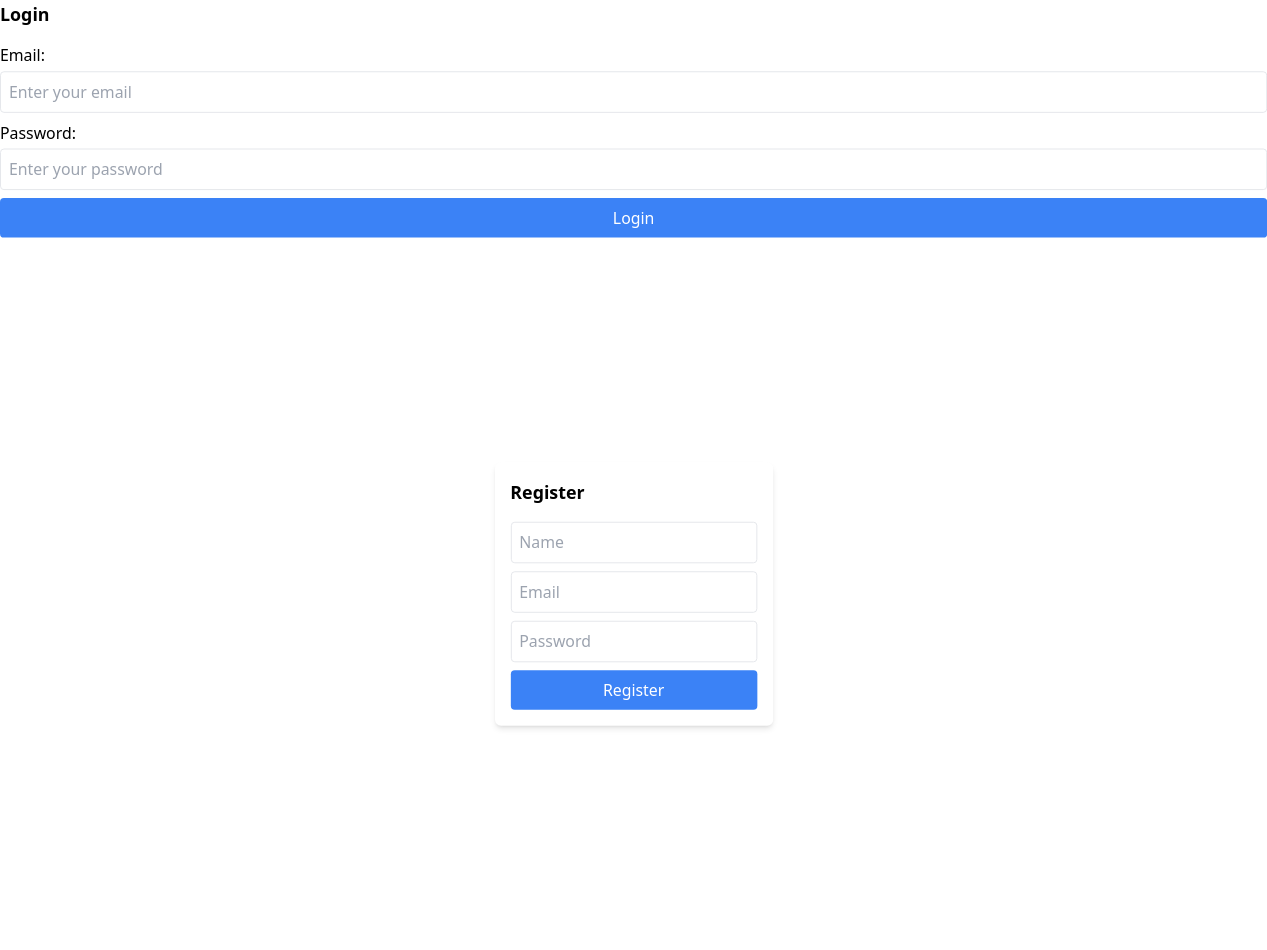
Repository: Ousman37/user-management-app
Page: /register (app in user-management-frontend/)
These files come from the project's save history. The page is drawn as it stood at one moment and after the next save; the edit follows.
The browser window is 1280 px wide. The pictures show the whole page, at 99% of full size.
The project was rebuilt for these pictures with package versions that can differ from the ones it lists, and the page was loaded fresh each time. Also part of the build but not shown: user-management-frontend/webpack.config.js, user-management-frontend/src/components/form/Login.jsx, user-management-frontend/src/components/ProtectedPage.jsx.

Above is the page before, as saved 2024-08-25 11:06:41.

### user-management-frontend/src/App.js
import React from "react";
import { Routes, Route } from "react-router-dom";
import Login from "./components/form/Login";
import Register from "./components/form/Register";
import ProtectedPage from "./components/ProtectedPage";
import Navbar from "./components/navigation/Navbar";

function App() {
  return (
    <>
      <Navbar />
      <Routes>
        <Route path="/login" element={<Login />} />
        <Route path="/register" element={<Register />} />
        <Route path="/protected" element={<ProtectedPage />} />
      </Routes>
    </>
  );
}

export default App;

### user-management-frontend/src/components/form/Register.jsx
import React, { useState } from "react";
import { useNavigate } from "react-router-dom";
import axios from "axios";

function Register() {
  const [name, setName] = useState("");
  const [email, setEmail] = useState("");
  const [password, setPassword] = useState("");
  const [error, setError] = useState("");
  const navigate = useNavigate();

  const handleSubmit = async (e) => {
    e.preventDefault();
    try {
      await axios.post("http://localhost:9000/api/register", {
        name,
        email,
        password,
      });
      navigate("/login");
    } catch (error) {
      setError("Error in registration");
    }
  };

  return (
    <div className="min-h-screen flex items-center justify-center">
      <form
        onSubmit={handleSubmit}
        className="p-4 shadow-md rounded-md bg-white"
      >
        <h2 className="text-lg font-bold mb-4">Register</h2>
        <div>
          <input
            type="text"
            placeholder="Name"
            value={name}
            onChange={(e) => setName(e.target.value)}
            className="block border rounded p-2 mb-2 w-full"
          />
          <input
            type="email"
            placeholder="Email"
            value={email}
            onChange={(e) => setEmail(e.target.value)}
            className="block border rounded p-2 mb-2 w-full"
          />
          <input
            type="password"
            placeholder="Password"
            value={password}
            onChange={(e) => setPassword(e.target.value)}
            className="block border rounded p-2 mb-2 w-full"
          />
          {error && <p className="text-red-500">{error}</p>}
          <button
            type="submit"
            className="bg-blue-500 text-white p-2 rounded w-full"
          >
            Register
          </button>
        </div>
      </form>
    </div>
  );
}

export default Register;

### user-management-frontend/src/components/navigation/Navbar.jsx
import React, { useState } from "react";
import { useNavigate } from "react-router-dom";
import axios from "axios";

function Login({ onClose }) {
  const [email, setEmail] = useState("");
  const [password, setPassword] = useState("");
  const [error, setError] = useState("");
  const navigate = useNavigate();

  const handleSubmit = async (e) => {
    e.preventDefault();
    try {
      const response = await axios.post("http://localhost:9000/api/login", {
        email,
        password,
      });
      localStorage.setItem("token", response.data.token);
      navigate("/protected");
      onClose(); // Close the modal on successful login
    } catch (error) {
      setError("Invalid email or password");
    }
  };

  return (
    <div>
      <h2 className="text-lg font-bold mb-4">Login</h2>
      <form onSubmit={handleSubmit}>
        <label htmlFor="email" className="block font-medium mb-1">
          Email:
        </label>
        <input
          type="email"
          id="email"
          placeholder="Enter your email"
          value={email}
          onChange={(e) => setEmail(e.target.value)}
          className="block border rounded p-2 mb-2 w-full"
        />
        <label htmlFor="password" className="block font-medium mb-1">
          Password:
        </label>
        <input
          type="password"
          id="password"
          placeholder="Enter your password"
          value={password}
          onChange={(e) => setPassword(e.target.value)}
          className="block border rounded p-2 mb-2 w-full"
        />
        {error && <p className="text-red-500">{error}</p>}
        <button
          type="submit"
          className="bg-blue-500 text-white p-2 rounded w-full"
        >
          Login
        </button>
      </form>
    </div>
  );
}

export default Login;

Loaded but not shown: user-management-frontend/public/index.html (common file); user-management-frontend/src/index.js (common file); user-management-frontend/src/index.css (common file); user-management-frontend/tailwind.config.js (common file)

After the next save:
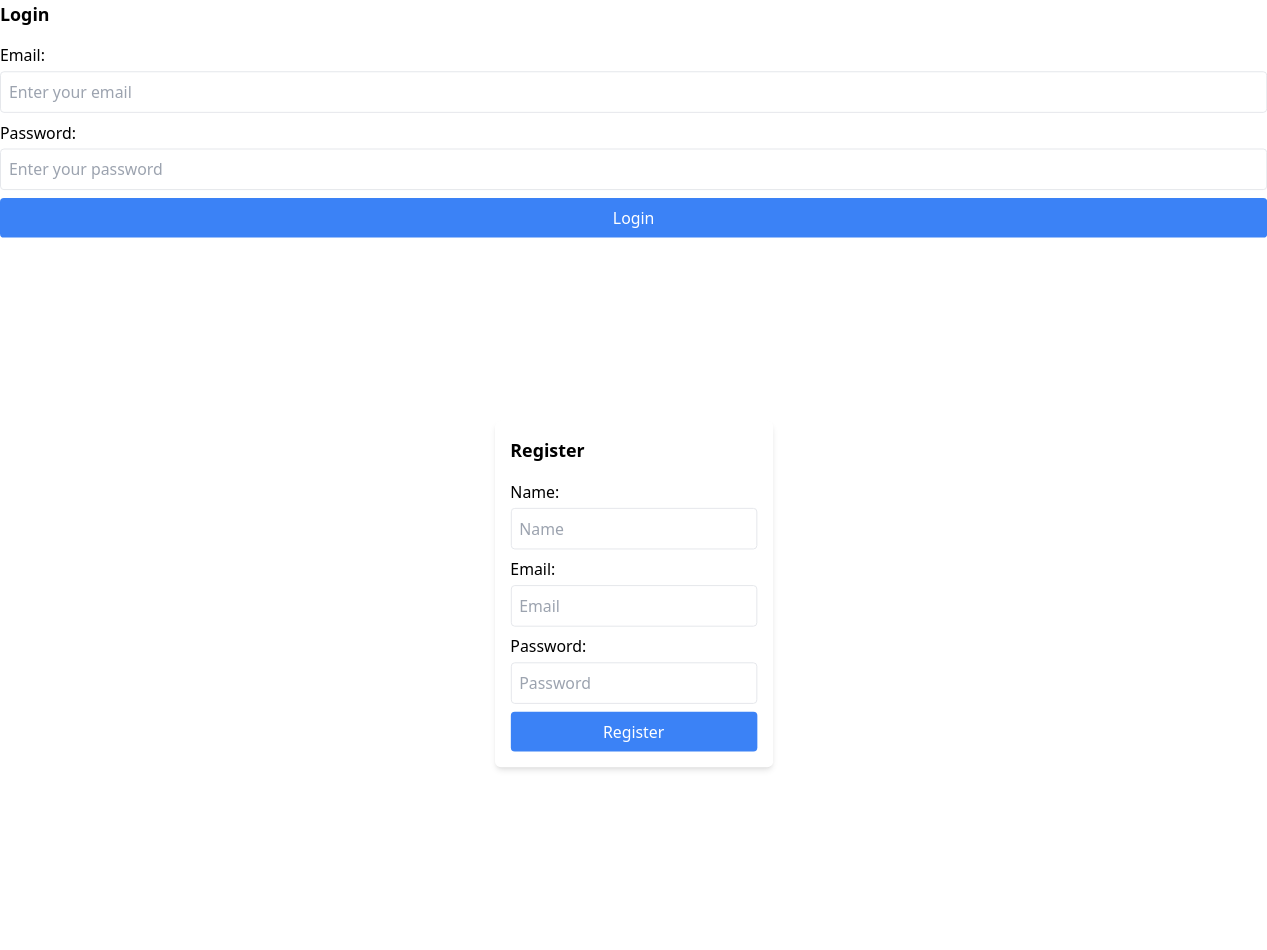
Saved 80 s later.
--- a/user-management-frontend/src/components/form/Register.jsx
+++ b/user-management-frontend/src/components/form/Register.jsx
@@ -31,22 +31,34 @@ function Register() {
       >
         <h2 className="text-lg font-bold mb-4">Register</h2>
         <div>
+          <label htmlFor="name" className="block font-medium mb-1">
+            Name:
+          </label>
           <input
             type="text"
+            id="name"
             placeholder="Name"
             value={name}
             onChange={(e) => setName(e.target.value)}
             className="block border rounded p-2 mb-2 w-full"
           />
+          <label htmlFor="email" className="block font-medium mb-1">
+            Email:
+          </label>
           <input
             type="email"
+            id="email"
             placeholder="Email"
             value={email}
             onChange={(e) => setEmail(e.target.value)}
             className="block border rounded p-2 mb-2 w-full"
           />
+          <label htmlFor="password" className="block font-medium mb-1">
+            Password:
+          </label>
           <input
             type="password"
+            id="password"
             placeholder="Password"
             value={password}
             onChange={(e) => setPassword(e.target.value)}
